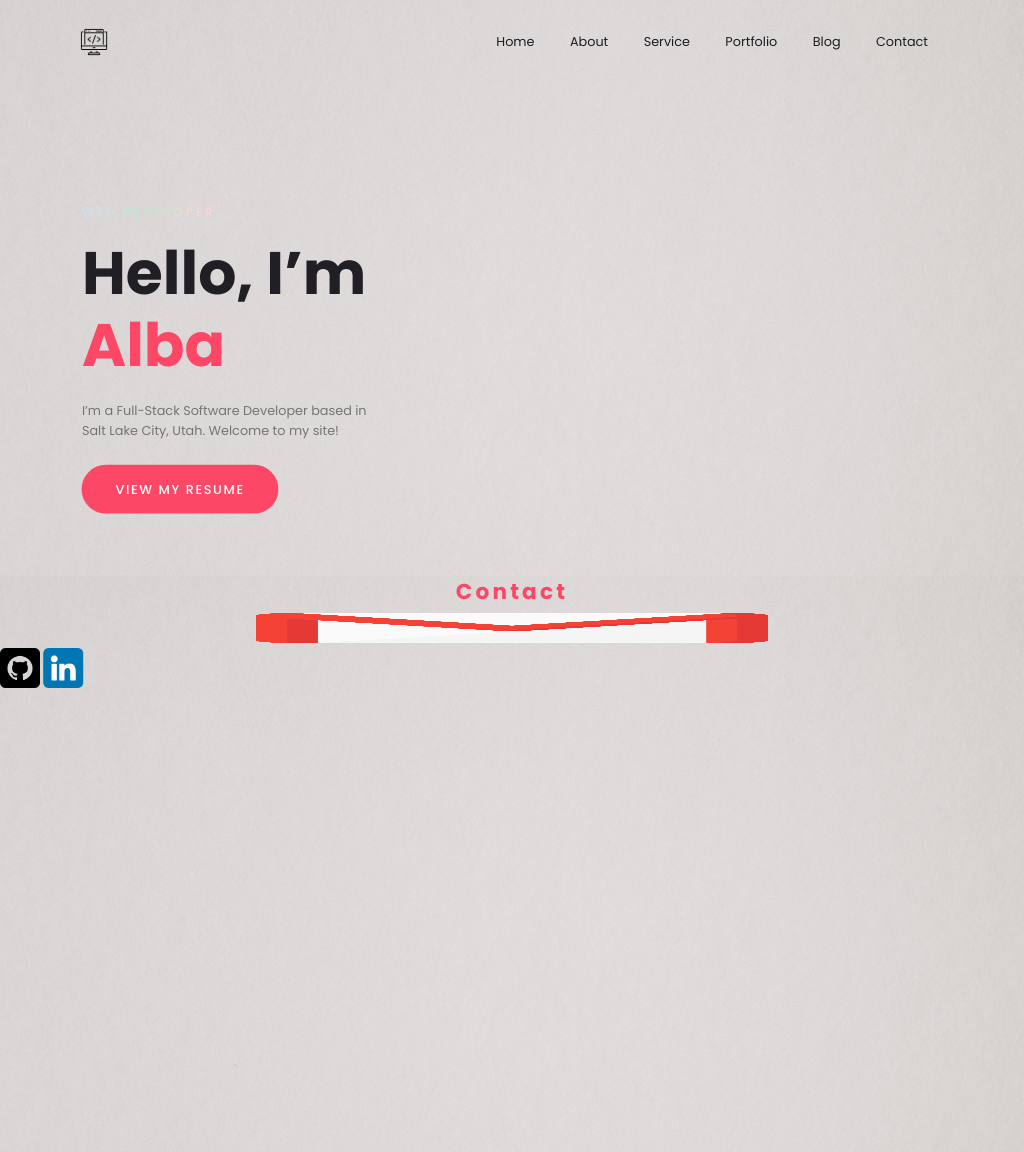
Repository: pilar122/port
Page: index.html
An editor plug-in stored every save of this project. The page is shown before and after the next save, followed by the edit.
The browser window is 1280 px wide. The pictures show the whole page, at 80% of full size.

Above is the page before, as saved 2022-01-29 17:04:31.

### index.html
<!DOCTYPE html>
<html lang="en">
<head>
    <meta charset="UTF-8">
    <title>Personal Portfolio Website</title>
    <!----CSS link----->
    <link rel="stylesheet" href="style.css">
</head>
<body>
    <div class="hero">
        <nav>
            <img src="./img/coding.png" class="logo">
            <ul>
                <li><a href="#">Home</a></li>
                <li><a href="#">About</a></li>
                <li><a href="#">Service</a></li>
                <li><a href="#">Portfolio</a></li>
                <li><a href="#">Blog</a></li>
                <li><a href="#contact">Contact</a></li>
            </ul>

        </nav>
        <div class="content">
            <span class="title">Web Developer</span>
            <h1>Hello, I’m <span>Alba</span></h1>
            <p>I’m a Full-Stack Software Developer based in Salt Lake City, Utah. Welcome to my site!</p>
            <a href="https://docs.google.com/document/d/1-5NqQs53X55snoyWaPBF-iuk-xL4VE2I0psmDuApD5Q/edit?usp=sharing" class="btn"> View my Resume</a>
        </div>
    </div>
    <section class="contact">
        <div class="section-title" id="contact">
            <h2>Contact</h2>
        </div>

        <div class="text">
            <ul>
                <a href="mailto:aurorapilarte@gmail.com">
                    <img src="/Users/albapilarte/Desktop/port/img/gmail.png" class="center1" width="50" height="50">
                </a>
                  <a href="https://github.com/pilar122/">
                    <img src="/Users/albapilarte/Desktop/port/img/github.png" width="50" height="50">
                  </a>
                  <a href="https://www.linkedin.com/in/alba-pilarte-8590471b7/">
                    <img src="/Users/albapilarte/Desktop/port/img/linkedin.png" width="50" height="50">
                  </a>
            </ul>
        </div>
    </section>
</body>
</html>

### style.css
@import url('https://fonts.googleapis.com/css2?family=Poppins:wght@400;500;600;700&display=swap');
*{
    margin: 0;
    padding: 0;
    box-sizing: border-box;
    font-family: 'Poppins', sans-serif;
}
a{
    text-decoration: none;
}
.hero{
    width: 100%;
    height: 100vh;
    background: url(img/bg1.jpg);
    background-size: cover;
}
nav{
    display: flex;
    align-items: center;
    justify-content: space-between;
    padding: 30px 100px;
}
.logo{
    max-height: 35px;
}
nav ul li{
    list-style: none;
    display: inline-block;
    padding: 10px 20px;
}
nav ul li a{
    color: #1d1d24;
    position: relative;
    padding: 5px 0;
}
nav ul li a:hover{
    color: #fd4766;
}
nav ul li a:after{
    content: "";
    position: absolute;
    left: 0;
    width: 0;
    height: 3px;
    background: #fd4766;
    transition: .3s;
    bottom: 0;
}
nav ul li a:hover:after{
    width: 100%;
}
.btn{
    color: #fff;
    font-size: 16px;
    text-transform: uppercase;
    letter-spacing: 2px;
    padding: 16px 40px;
    border-radius: 500px;
    display: inline-block;
    font-weight: 500;
    transition: all .4s ease-in-out;
    background-size: 152% 100%;
    background: #fd4766;
    border: 2px solid #fd4766;
}
.btn:hover{
    background: transparent;
    border-color: #fd4766;
    color: #fd4766;
}
.content{
    position: absolute;
    top: 35%;
    left: 8%;
}
.content .title{
    color: #1f1f25;
    font-size: 15px;
    text-transform: uppercase;
    letter-spacing: 4px;
    display: inline-block;
    margin-bottom: 20px;
    background: linear-gradient(120deg, #cae1f3 20.69%, #b0f1b8 50.19%,#fdd5dc 79.69%);
    -webkit-background-clip: text;
    -webkit-text-fill-color: transparent;
}
.content h1{
    color: #1f1f25;
    font-size: 75px;
    font-weight: 900;
    line-height: 90px;
    text-transform: inherit;
    width: 70%;
}
.content h1 span{
    color: #fd4766;
}
.content p{
    width: 55%;
    color: #757575;
    margin-top: 25px;
    margin-bottom: 30px;
}
.contact .section-title{
    color: #fd4766;
    text-align: center;
    font-size: large;
    letter-spacing: 4px;
}
.contact{
    width: 100%;
    height: 100vh;
    background: url(img/bg1.jpg);
    background-size: cover;
}
.center1 {
    display: block;
  margin-left: auto;
  margin-right: auto;
  width: 50%;
}

After the next save:
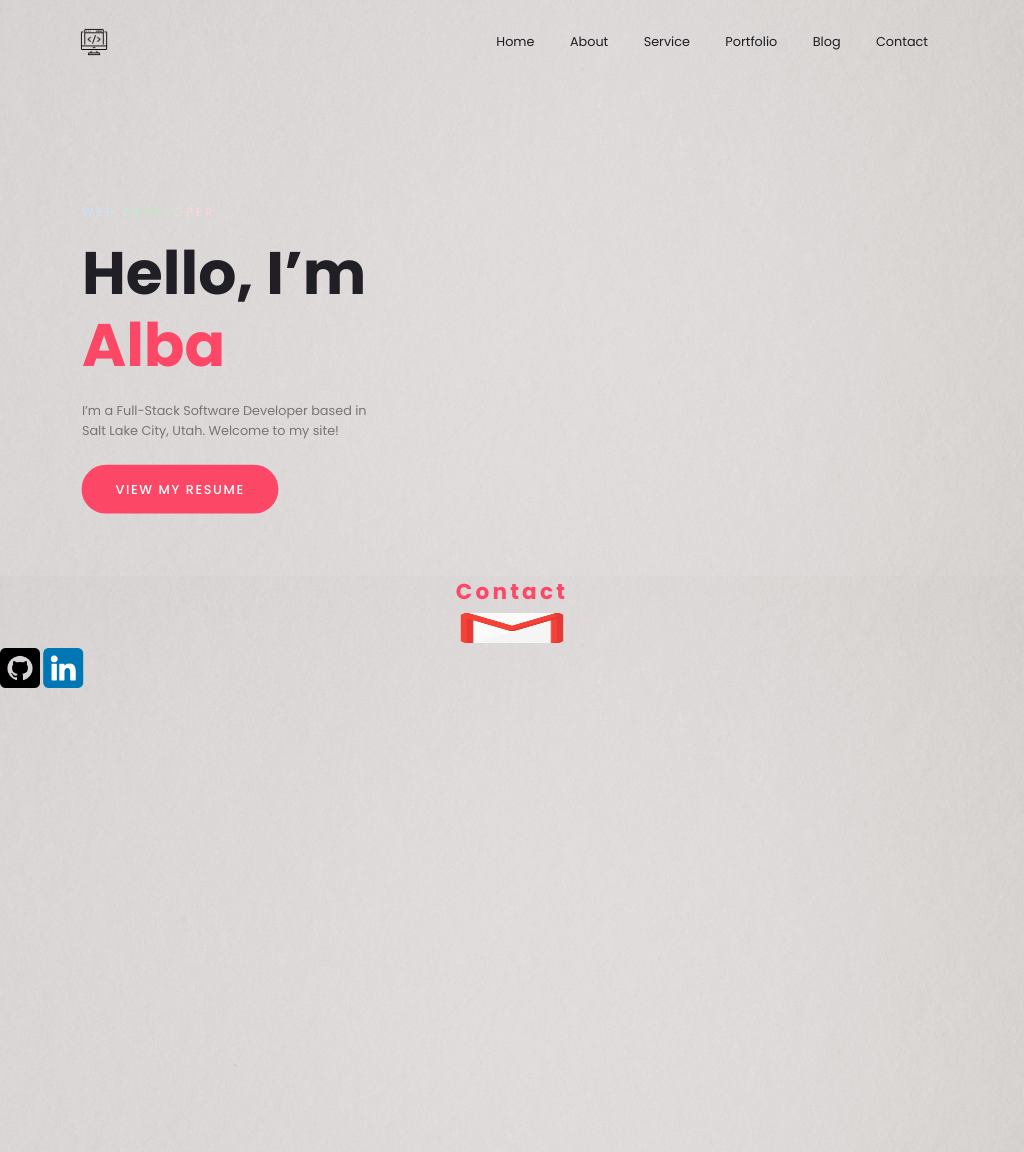
Saved 19 s later.
--- a/style.css
+++ b/style.css
@@ -117,5 +117,5 @@ nav ul li a:hover:after{
     display: block;
   margin-left: auto;
   margin-right: auto;
-  width: 50%;
+  width: 10%;
 }
